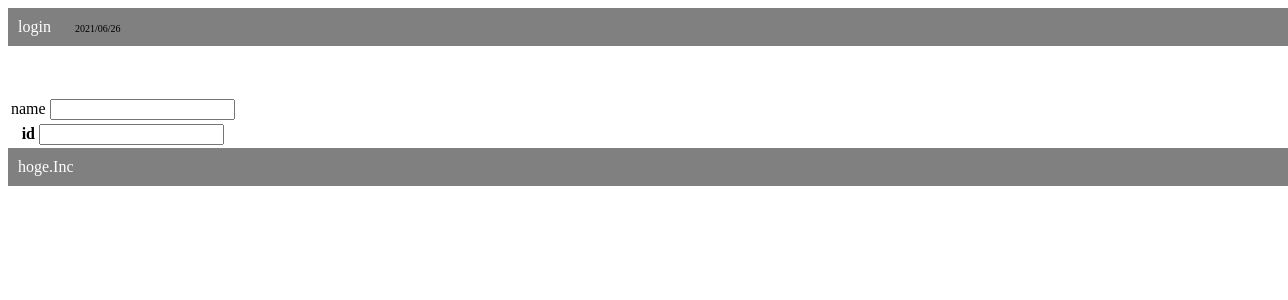
Repository: genki-iwai/curriculum
Page: http://localhost/Check3/
These files come from the project's save history. The page is drawn as it stood at one moment and after the next save; the edit follows.
The browser window is 1280 px wide. The page is 1288 px wide, so the pictures cover 1288 px, including what lies to the right of the window. The pictures show the whole page.
The page is served by Tomcat 9.

Above is the page before, as saved 2021-07-06 20:40:14.

### JavaStudy/Check3/WebContent/jspTest.jsp
<%@ page language="java" contentType="text/html; charset=UTF-8"
    pageEncoding="UTF-8"%>
<!DOCTYPE html PUBLIC "-//W3C//DTD HTML 4.01 Transitional//EN" "http://www.w3.org/TR/html4/loose.dtd">
<html>
<head>
<meta http-equiv="Content-Type" content="text/html; charset=UTF-8">
<link rel="styleSheet" href="css/style.css">
<title>Insert title here</title>
</head>
<body>
<div class="wrapper">
<%@ include file="header.jsp" %>
	<div class="main">
		<table>
			<tr>
				<td>name <input type = "text"></td>
			</tr>
			<tr>
				<th>id <input type = "text"></th>
			</tr>
		</table>
	</div>
</div>
<%@ include file="footer.jsp" %>
</body>
</html>

### JavaStudy/Check3/WebContent/header.jsp
<%@ page language="java" contentType="text/html; charset=UTF-8"
    pageEncoding="UTF-8"%>
<%@ page import="java.util.*,java.text.SimpleDateFormat" %>
<!DOCTYPE html PUBLIC "-//W3C//DTD HTML 4.01 Transitional//EN" "http://www.w3.org/TR/html4/loose.dtd">
<html>
<head>
<meta http-equiv="Content-Type" content="text/html; charset=UTF-8">
<title>Insert title here</title>
</head>
<body>
	<div class="header">
		<label class="login">login</label>
		<label class="date">
			<% Date date = new Date();
				SimpleDateFormat sdf = new SimpleDateFormat("yyyy/MM/dd");
				String formatDate = sdf.format(date);
				out.print(formatDate);
			 %>
		</label>
	</div>
<!--  </body>
</html> -->

### JavaStudy/Check3/WebContent/footer.jsp
<%@ page language="java" contentType="text/html; charset=UTF-8"
    pageEncoding="UTF-8"%>
<!DOCTYPE html PUBLIC "-//W3C//DTD HTML 4.01 Transitional//EN" "http://www.w3.org/TR/html4/loose.dtd">
<html>
<head>
<meta http-equiv="Content-Type" content="text/html; charset=UTF-8">
<title>Insert title here</title>
</head>
<body>
	<div class="footer">
		<label class="footer-1">hoge.Inc</label>
	</div>

</body>
</html>

### JavaStudy/Check3/WebContent/css/style.css
@CHARSET "UTF-8";

body {
	width: 100%;
	height: 100%;
}
.wrapper {
	margin: 0 auto;
}

.header {
	background-color: gray;
}
.login {
	display: inline-block;
	padding: 10px;
	color: white;
}
.date {
	padding: 10px;
	font-size: 10px;
}
.main {
	padding-top: 50px;
}
.footer {
	background-color: gray;
}
.footer-1 {
	display: inline-block;
	padding: 10px;
	color: white;
}

After the next save:
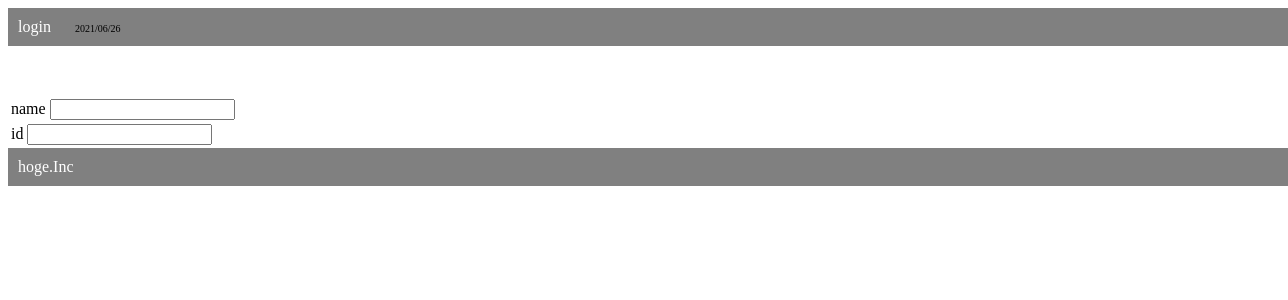
Saved 3 min 48 s later.
--- a/JavaStudy/Check3/WebContent/jspTest.jsp
+++ b/JavaStudy/Check3/WebContent/jspTest.jsp
@@ -16,7 +16,7 @@
 				<td>name <input type = "text"></td>
 			</tr>
 			<tr>
-				<th>id <input type = "text"></th>
+				<td>id <input type = "text"></td>
 			</tr>
 		</table>
 	</div>
